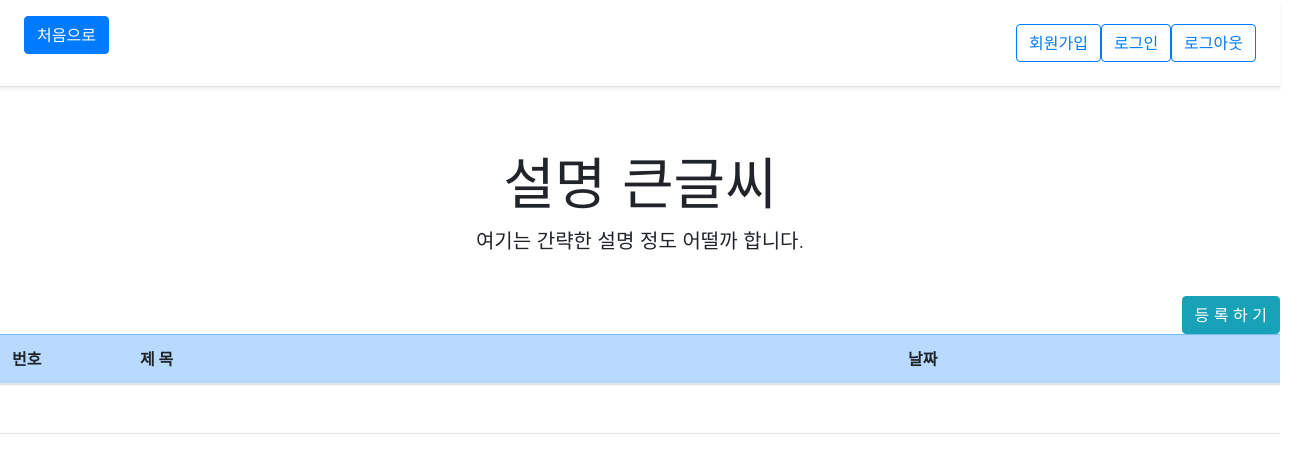
Repository: SettingRhino/innogleantmanager
Page: http://localhost/antmanager/WEB-INF/views/diary.jsp
The author's editor kept a copy of each file at every save. The page is drawn from the files as they stood at one save, then again after the next save.
The browser window is 1280 px wide. The page is 1295 px wide, so the pictures cover 1295 px, including what lies to the right of the window. The pictures show the whole page.
The page is served by Tomcat 9. Nobody is signed in. Other server files are loaded and not shown. The template is opened directly, without the code that normally fills it, so the values that code supplies are empty.

Above is the page before, as saved 2020-06-09 02:34:45.

### antmanager/src/main/webapp/WEB-INF/views/diary.jsp
<%@ page language="java" contentType="text/html; charset=UTF-8"
	pageEncoding="UTF-8"%>
<%@ taglib uri="http://java.sun.com/jsp/jstl/core" prefix="c"%>

<!doctype html>
<html>
<head>
<meta charset="utf-8">
<meta name="viewport"
	content="width=device-width, initial-scale=1, shrink-to-fit=no">
<meta name="description" content="">
<meta name="author"
	content="Mark Otto, Jacob Thornton, and Bootstrap contributors">
<meta name="generator" content="Jekyll v4.0.1">
<title>Pricing example · Bootstrap</title>

<link rel="canonical"
	href="https://getbootstrap.com/docs/4.5/examples/pricing/">

<link rel="stylesheet"
	href="https://stackpath.bootstrapcdn.com/bootstrap/4.4.1/css/bootstrap.min.css"
	integrity="sha384-Vkoo8x4CGsO3+Hhxv8T/Q5PaXtkKtu6ug5TOeNV6gBiFeWPGFN9MuhOf23Q9Ifjh"
	crossorigin="anonymous">

<style>
.bd-placeholder-img {
	font-size: 1.125rem;
	text-anchor: middle;
	-webkit-user-select: none;
	-moz-user-select: none;
	-ms-user-select: none;
	user-select: none;
}

@media ( min-width : 768px) {
	.bd-placeholder-img-lg {
		font-size: 3.5rem;
	}
}
</style>
<!-- Custom styles for this template -->

<link href="<c:url value="/resources/css/pricing.css"/>"
	rel="stylesheet">
</head>
<body>
	<div
		class="d-flex flex-column flex-md-row align-items-center p-3 px-md-4 mb-3 bg-white border-bottom shadow-sm">
		<h5 class="my-0 mr-md-auto font-weight-normal">
			<p align="center">
				<a href="<c:url value="/"/>" class="btn btn-primary" role="button">처음으로</a>
			</p>
		</h5>
		<nav class="my-2 my-md-0 mr-md-3"></nav>

		<a class="btn btn-outline-primary"href="<c:url value="/user/signup"/>">회원가입</a>
		<a class="btn btn-outline-primary" href="<c:url value="/login"/>">로그인</a>
		<a class="btn btn-outline-primary" href="<c:url value="/logout"/>">로그아웃</a>
	</div>

	<div
		class="pricing-header px-3 py-3 pt-md-5 pb-md-4 mx-auto text-center">
		<h1 class="display-4">설명 큰글씨</h1>
		<p class="lead">여기는 간략한 설명 정도 어떨까 합니다.</p>
	</div>
	<div class="row">
		<div class="col-lg-4"></div>
		<div class="col-lg-4"></div>
		<div class="col-lg-4" align="right">
			<a href="<c:url value="/diary/edit"/>" class="btn btn-info" role="button"> 등 록 하 기</a>
		</div>
	</div>
	<table class="table">
		<thead>
			<tr class="table-primary">
				<th style="width: 10%">번호</th>
				<th style="width: 60%">제 목</th>
				<th style="width: 20%">날짜</th>
				<th style="width: 10%"></th>
			</tr>
		</thead>

		<tbody>
			<c:forEach var="diary" items="${diarys}">
				<tr>
					<td>${diary.id}</td>
					<td><a
						href="<c:url value="/diary/viewItem?user=${diary.user}&id=${diary.id}"/>">${diary.title}</a></td>
					<td>${diary.date}</td>
					<td><a href="<c:url value="/diary/delete?id=${diary.id}"/>"
						class="btn btn-info" role="button">삭제</a></td>
				</tr>
			</c:forEach>
		</tbody>
	</table>
	<footer class="pt-4 my-md-5 pt-md-5 border-top"> </footer>

</body>
</html>

### antmanager/src/main/webapp/resources/css/pricing.css
@charset "UTF-8";
html {
  font-size: 14px;
}
@media (min-width: 768px) {
  html {
    font-size: 16px;
  }
}

.container {
  max-width: 960px;
}

.pricing-header {
  max-width: 700px;
}

.card-deck .card {
  min-width: 220px;
}

After the next save:
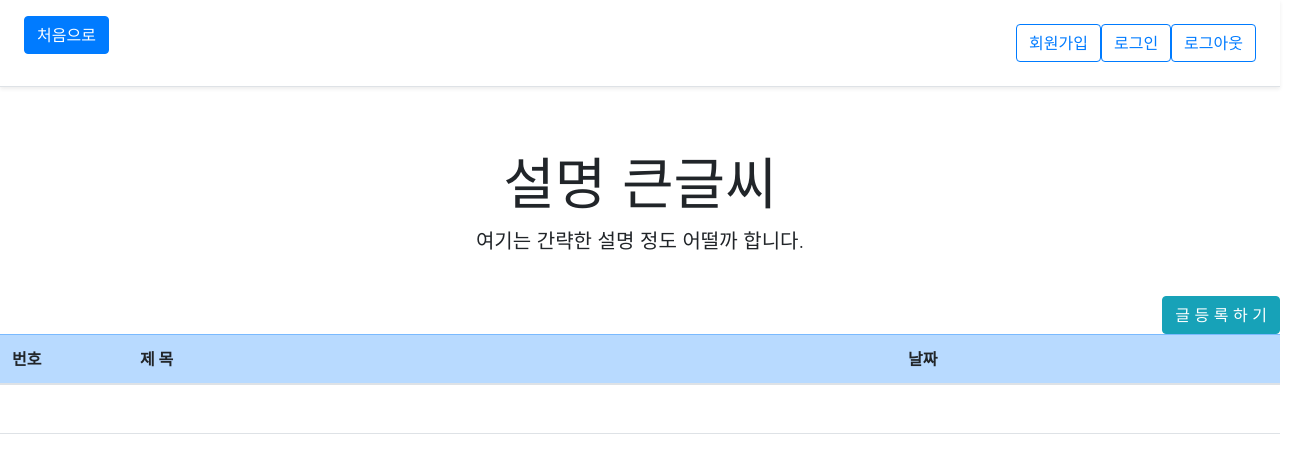
Saved 8 s later.
--- a/antmanager/src/main/webapp/WEB-INF/views/diary.jsp
+++ b/antmanager/src/main/webapp/WEB-INF/views/diary.jsp
@@ -67,7 +67,7 @@
 		<div class="col-lg-4"></div>
 		<div class="col-lg-4"></div>
 		<div class="col-lg-4" align="right">
-			<a href="<c:url value="/diary/edit"/>" class="btn btn-info" role="button"> 등 록 하 기</a>
+			<a href="<c:url value="/diary/edit"/>" class="btn btn-info" role="button">글 등 록 하 기</a>
 		</div>
 	</div>
 	<table class="table">
